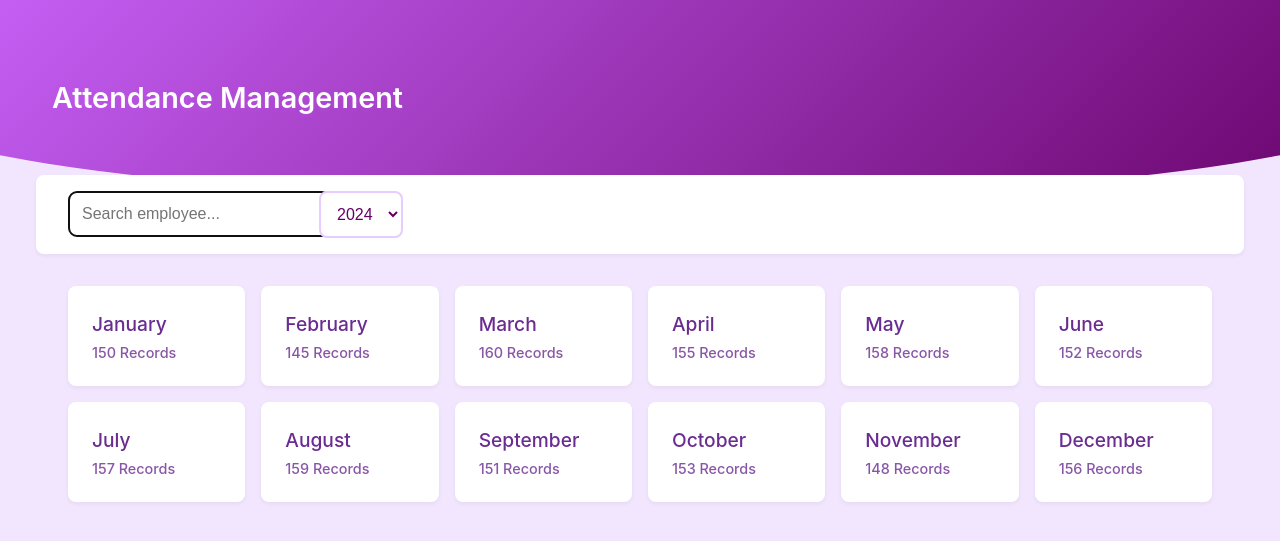
Repository: nino-pixel/payrolllatest
Page: /attendance (app in web_vue/)
An editor plug-in stored every save of this project. The page is shown before and after a run of saves, followed by the edit.
The browser window is 1280 px wide. The pictures show the whole page.
The first visible `.search-box input` has the focus.
The project was rebuilt for these pictures with package versions that can differ from the ones it lists, and the page was loaded fresh each time. Also part of the build but not shown: web_vue/vite.config.js, web_vue/src/components/login_page.vue, web_vue/src/components/sign_up.vue, web_vue/src/components/dashboard.vue, web_vue/src/components/employee_management.vue, web_vue/src/components/generate_payroll.vue.

Above is the page before, as saved 2024-12-19 02:02:43.

After the next 2 saves:
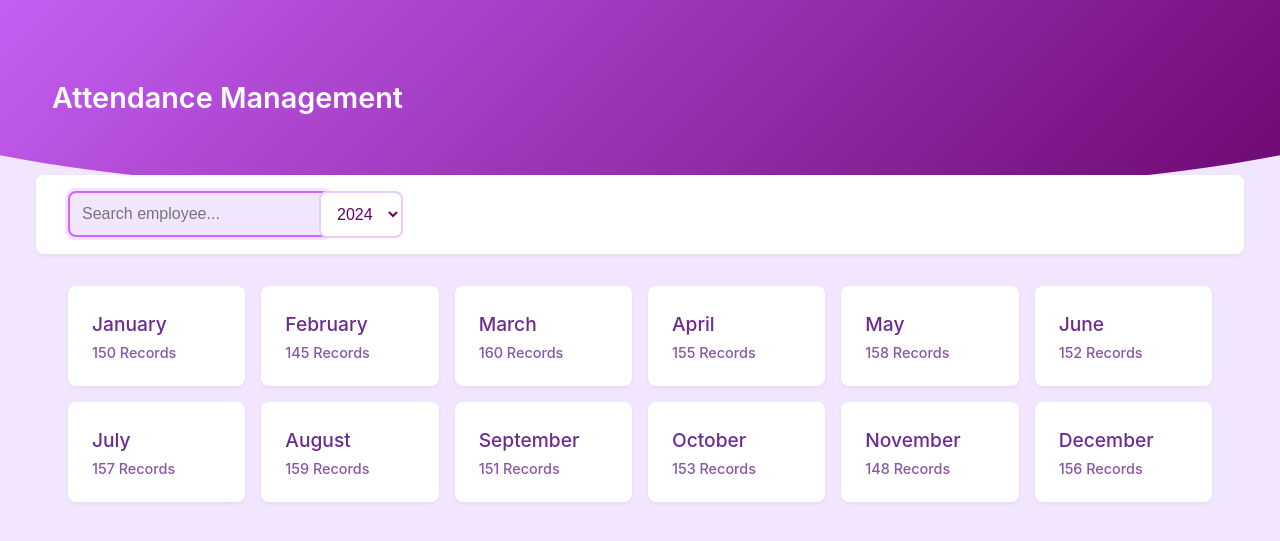
The 2 saves are shown as one change because they came seconds apart.
The last was saved 15 s later.
--- a/web_vue/src/components/attendance_management.vue
+++ b/web_vue/src/components/attendance_management.vue
@@ -387,15 +387,11 @@
 
   .search-box input:focus,
   .filter-box select:focus {
-    width: 100%;
-  padding: 12px;
-  border: 2px solid #e6ccff;
-  border-radius: 8px;
-  font-size: 1em;
-  color: #660066;
-  background-color: white;
-  transition: all 0.3s ease;
-  }
+    border-color: #cc66ff;
+  outline: none;
+  box-shadow: 0 0 0 3px rgba(204, 102, 255, 0.2);
+  background-color: #f2e6ff;
+}
 
   .months-grid {
     flex: 1;
